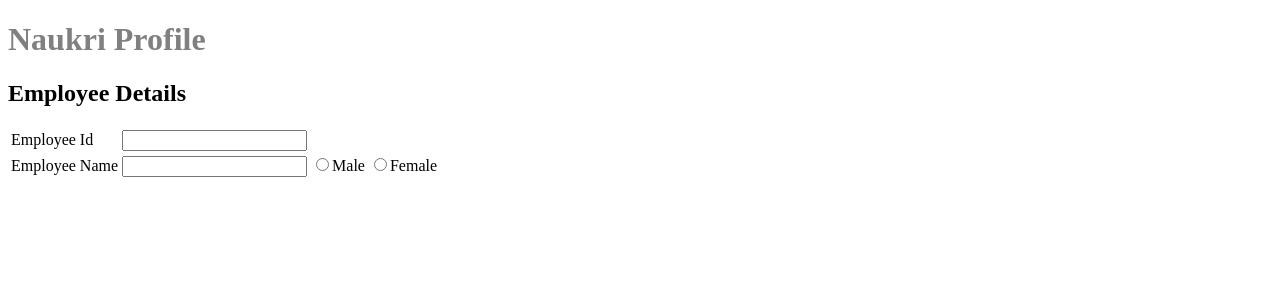
Repository: Ravikumarh6166/my-first-repo
Page: filterapp/src/main/webapp/registrationform.html
An editor plug-in stored every save of this project. The page is shown before and after the next save, followed by the edit.
The browser window is 1280 px wide. The pictures show the whole page.

Above is the page before, as saved 2022-08-30 06:53:09.

### filterapp/src/main/webapp/registrationform.html
<!DOCTYPE html>
<html>
<head>
<meta charset="UTF-8">
<title>Insert title here</title>
</head>
<body>
<h1 style="color:gray">Naukri Profile</h1>
<h2>Employee Details</h2>
<form action="./reg" method="post">
<table>
<tr>
<td>Employee Id</td>
<td><input type="text" name="eid"></td>
</tr>

<tr>
<td>Employee Name</td>
<td><input type="text" name="ename">
<input type="radio"  value="Male">Male
<input type="radio"  value="Female">Female
</td>
</tr>


</table>
</form>
</body>
</html>

After the next save:
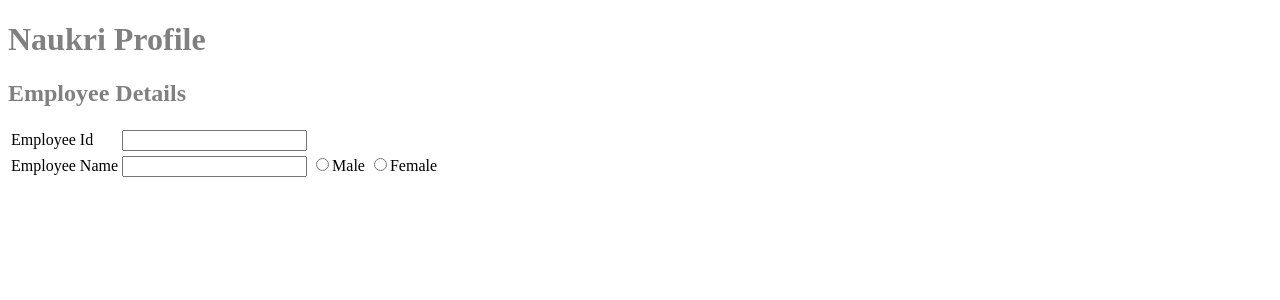
Saved 21 s later.
--- a/filterapp/src/main/webapp/registrationform.html
+++ b/filterapp/src/main/webapp/registrationform.html
@@ -6,7 +6,7 @@
 </head>
 <body>
 <h1 style="color:gray">Naukri Profile</h1>
-<h2>Employee Details</h2>
+<h2 style="color:gray">Employee Details</h2>
 <form action="./reg" method="post">
 <table>
 <tr>
